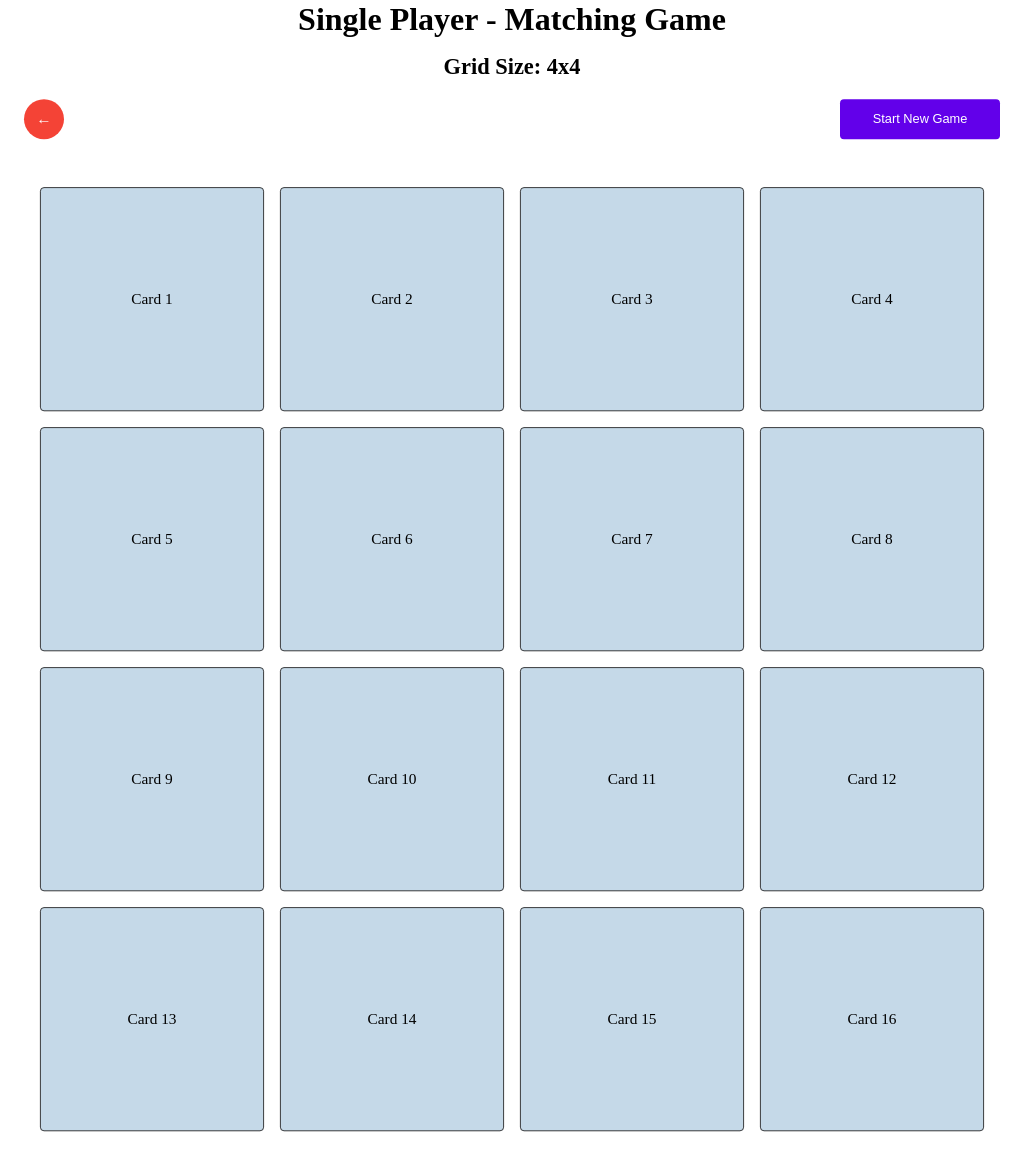
Repository: parnelltse/frontend2-courseproject
Page: /resumegame
An editor plug-in stored every save of this project. The page is shown before and after the next save, followed by the edit.
The browser window is 1280 px wide. The pictures show the whole page, at 80% of full size.
The project was rebuilt for these pictures with package versions that can differ from the ones it lists, and the page was loaded fresh each time. Also part of the build but not shown: vite.config.js, src/pages/landing.jsx, src/pages/home.jsx, src/pages/gameoptions.jsx, src/pages/appsettings.jsx, src/pages/profilesettings.jsx, src/pages/gamehistory.jsx, src/pages/singleplayer.jsx and 3 more.

Above is the page before, as saved 2024-11-16 02:09:54.

After the next save:
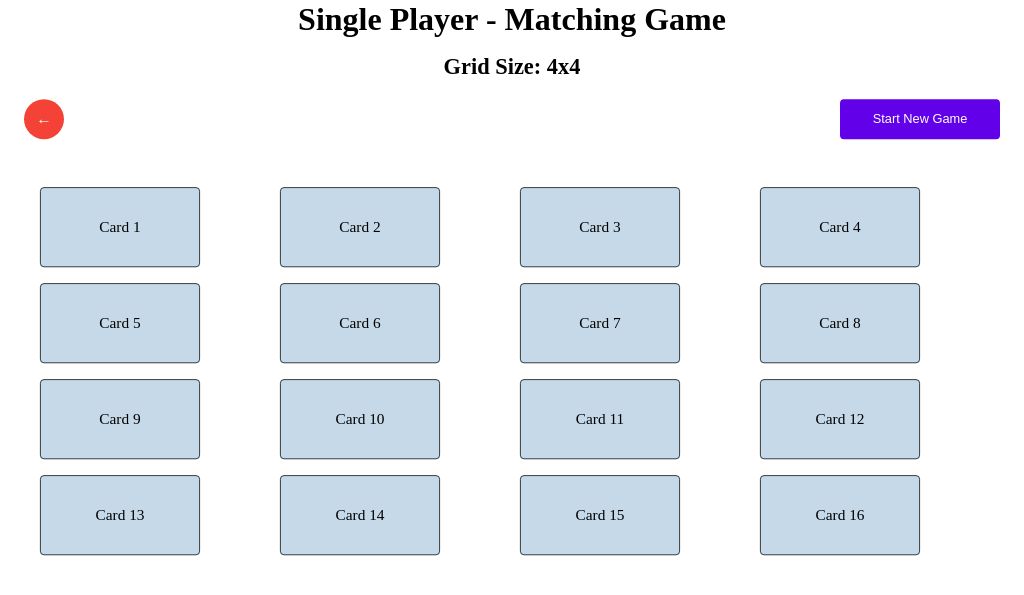
Saved 22 s later.
--- a/src/App.css
+++ b/src/App.css
@@ -239,16 +239,17 @@ img {
 	grid-template-columns: repeat(auto-fit, minmax(100px, 1fr)); /* Auto-adjust columns */
   }
 
-  .game-item {
+.game-item {
 	background-color: #c5d9e8; /* Background color for game items */
 	border: 1px solid #100f0f; /* Border for each game item */
 	border-radius: 5px; /* Rounded corners */
 	display: flex; /* Center content */
 	align-items: center; /* Center content vertically */
 	justify-content: center; /* Center content horizontally */
+	height: 100px; /* Fixed height for game items */
+	width: 200px;
 	font-size: 1.2em; /* Font size for game item text */
-	aspect-ratio: 1 / 1; /* Ensures the item is a square */
-  }
+}
 
 /* history page */
 
